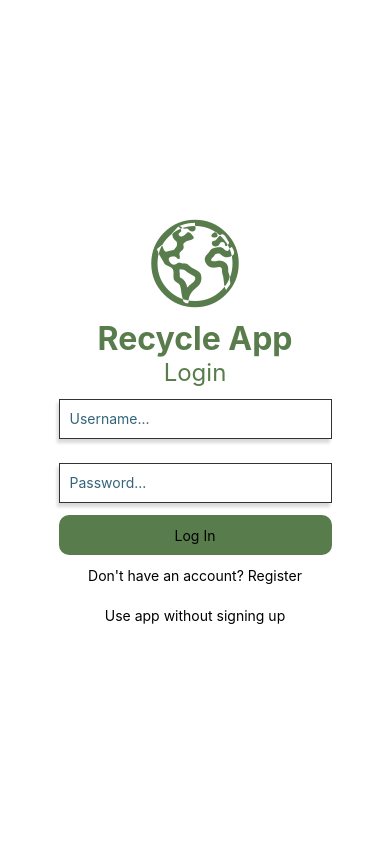
Repository: ct-pham/COMP4511
Screen: / (app in comp4511/)
The author's editor kept a copy of each file at every save. The screen is drawn from the files as they stood at one save, then again after the next save.
The app was drawn by React Native's web renderer in a window 390 px wide. The project was rebuilt for these pictures with package versions that can differ from the ones it lists, and the page was loaded fresh each time.

Above is the screen before, as saved 2022-11-07 15:53:55.

After the next save:
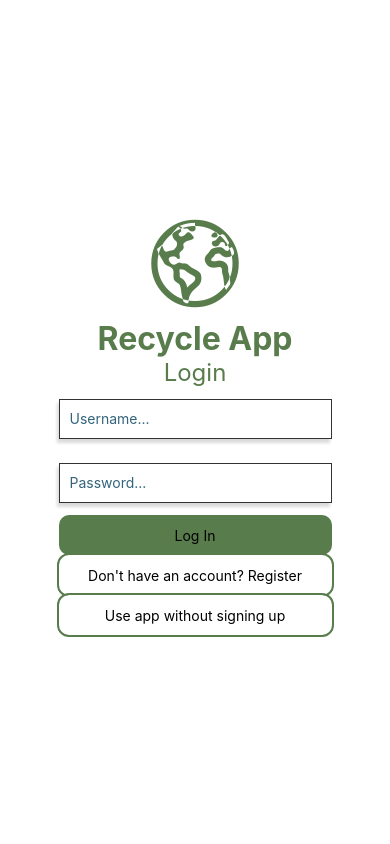
Saved 2 min 49 s later.
--- a/comp4511/Components/Login.js
+++ b/comp4511/Components/Login.js
@@ -95,7 +95,9 @@ const styles = StyleSheet.create({
     btnStyle2: {
         backgroundColor: '#ffffff',
         borderRadius: 10,
-        borderColor: '#587C4B',
+        outlineColor: '#587C4B',
+        outlineWidth: 2,
+        outlineStyle:  'solid',
         width: '70%',
         height: 40,
         alignItems: 'center',
